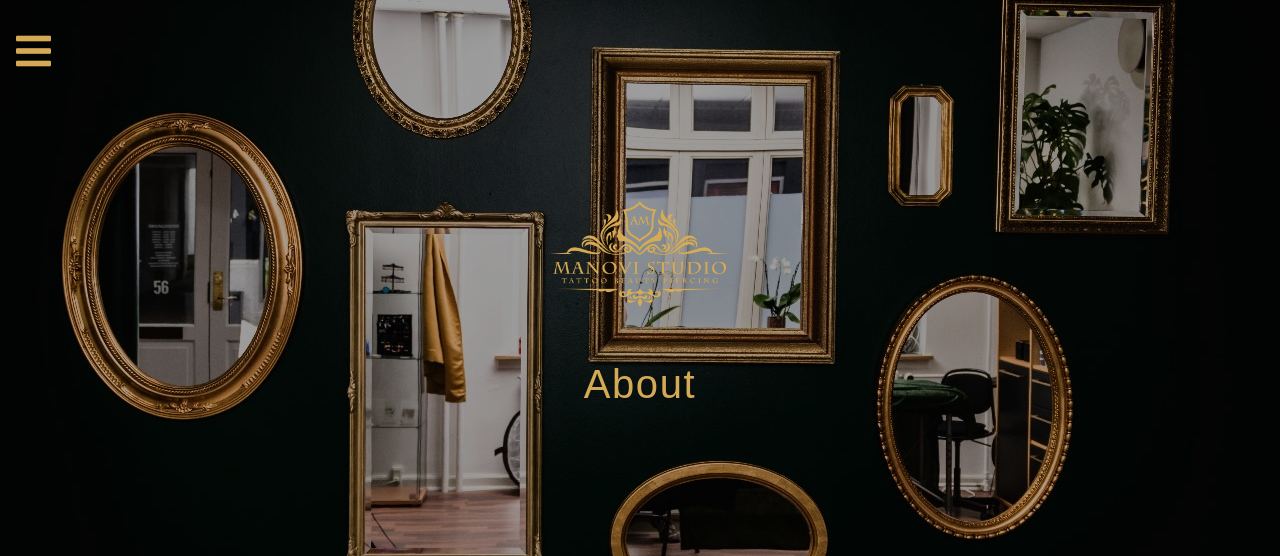
Repository: Spreceriany/TattooWeb
Page: about.html
These files come from the project's save history. The page is drawn as it stood at one moment and after the next save; the edit follows.
The browser window is 1280 px wide. The pictures show the part of the page from y = 0 to 556 px (the page is 1151 px tall).
A picture or video elsewhere on the page could not be fetched, so the positions and the page height are approximate. Some web fonts or font styles are not loaded; a fallback is used. Some web libraries are served in a nearby version.

Above is the page before, as saved 2020-04-10 16:33:26.
Console error: ReferenceError: AOS is not defined

### about.html
<!DOCTYPE html>
<html>

<head>
    <meta charset='utf-8'>
    <meta http-equiv='X-UA-Compatible' content='IE=edge'>
    <title>About</title>
    <meta name='viewport' content='width=device-width, initial-scale=1'>
    <link rel="stylesheet" href="css/main.css" />
    <script src='main.js'></script>
    <link rel="icon" type="image/png" href="/images/favicon-32x32.png" sizes="32x32" />
    <link rel="icon" type="image/png" href="/images/favicon-16x16.png" sizes="16x16" />
    <link rel="stylesheet" href="https://unpkg.com/swiper/css/swiper.css">
    <link rel="stylesheet" href="css/aos.css">
    <link rel="stylesheet" href="https://stackpath.bootstrapcdn.com/bootstrap/4.4.1/css/bootstrap.min.css"
        integrity="sha384-Vkoo8x4CGsO3+Hhxv8T/Q5PaXtkKtu6ug5TOeNV6gBiFeWPGFN9MuhOf23Q9Ifjh" crossorigin="anonymous">
        <link rel="stylesheet" href="https://use.fontawesome.com/releases/v5.11.2/css/all.css">
        <link rel="stylesheet" href="css/aos.css">
        <link rel="stylesheet" href="css/jquery-ui.css">



</head>

<body>
    <div style="overflow-x:hidden; position:relative">

    <button class="netflix-nav-btn netflix-open-btn">
        <i class="fas fa-bars fa-2x"></i>
      </button>



      <div class="netflix-nav netflix-nav-black">
        <div class="netflix-nav netflix-nav-red">
          <div class="netflix-nav netflix-nav-white">

            <button class="netflix-nav-btn netflix-close-btn"><i class="fas fa-times"></i></button>

            <img class="netflix-logo" src="images/GOLD.png" alt="ManoviStudio Logo" />

            <ul class="netflix-list">
              <li><a href="index.php">Home</a></li>
              <li><a href="index.php#about">About</a></li>
              <li><a href="index.php#services">Services</a></li>
              <li>
                <ul>
                  <li><a href="tattoo.html">Tattoo</a></li>
                  <li><a href="beauty.html">Beauty</a></li>
                  <li><a href="piercing.html">Piercing</a></li>

                </ul>
              </li>
              <li><a href="index.php#contact">Contact</a></li>
              <li>
                <a href="piercing-en.html">English</a><img src="/images/america.svg" alt="american-flag"
                  class="flag " />
              </li>

            </ul>
          </div>
        </div>
      </div>


      <div class="container-fluid about-bg align-items-center flex-column d-flex justify-content-center text-center">
        <img src="images/GOLD.png" alt="logo" class="img-fluid">
        <h1 class="gold"> About</h1>
      </div>




    <div class="container-fluid" style="background-color: black;">
        <div class="row">
            <div class="col-lg-7 col-12 order-2 order-lg-1 d-flex">
                <div class="position-relative justify-content-end d-flex">
                  <img src="images/Alex-fotky/Who-I-Am-Removedbg.png" alt="alex-photo" class="img-fluid align-self-end">
                </div>

            </div>
            <div class=" col-12 col-lg-5 text-center order-1 order-lg-2">
                <h2 class="gold pt-5 display-4">Who I am</h2>
                <p class="text-white text-justify pt-3 px-2"> My name is Alex Martanovicova from Slovakia and I’m moving in beauty industry since 2000. I got variety of skills. I’ve worked in Copenhagen doing tattoos.</p>
                <p class="text-white text-justify pt-3 px-2"> Nam tempor auctor nunc, ac dignissim nunc varius vel. Nullam sodales, libero at sagittis iaculis, sapien nisi elementum felis, a blandit tortor nibh a erat. Donec consectetur pretium elit, ut efficitur libero accumsan sed. Sed sed sem efficitur, eleifend enim eu, luctus nibh. vehicula dignissim semper.</p>

            </div>
        </div>
    </div>
    <div class="container-fluid px-0">
        <!--- Footer -->
        <footer class="footer-bs">
          <div class="row">
            <div class="col-md-4 footer-brand animated fadeInLeft d-flex col-12">
              <img src="images/GOLD.png" alt=""
                class=" d-flex justify-content-center align-self-center logo-footer mx-auto" />
            </div>
            <div class="col-12 col-md-4 text-center justify-content-center align-content-center d-flex   ">
              <p class="align-self-center mb-sm-4 gray">All right reserved &copy;</p>
            </div>

            <div
              class="col-md-4 col-12 footer-social animated fadeInDown d-flex flex-column mx-auto text-center justify-content-center align-items-center  ">
              <h4 class="gray">Follow Us</h4>
              <ul class="text-center flex-row d-flex mx-1">
                <li>
                  <a href="https://www.instagram.com/alex_manovi_tattoo/">
                    <i class="fab fa-instagram fa-2x mb-1 ikonka hvr-bob" aria-hidden="true"></i>
                  </a>
                </li>
                <li>
                  <a href="https://www.facebook.com/manovistudio/">
                    <i class="fab fa-facebook fa-2x ikonka hvr-bob" aria-hidden="true"></i>
                  </a>
                </li>
              </ul>
            </div>

          </div>
        </footer>
      </div>
    </div>
</div>

</body>
<script src="js/jquery-3.3.1.min.js"></script>
<script src="js/main.js"></script>
<script src="js/js.js"></script>
<script defer type="text/javascript" src="js/bootstrap.min.js"></script>




</html>

Loaded but not shown: css/aos.css (library); css/jquery-ui.css (library); js/jquery-3.3.1.min.js (library); js/bootstrap.min.js (library); js/main.js (294 lines, source omitted); js/js.js (142 lines, source omitted); css/main.css (1891 lines, source omitted)

After the next save:
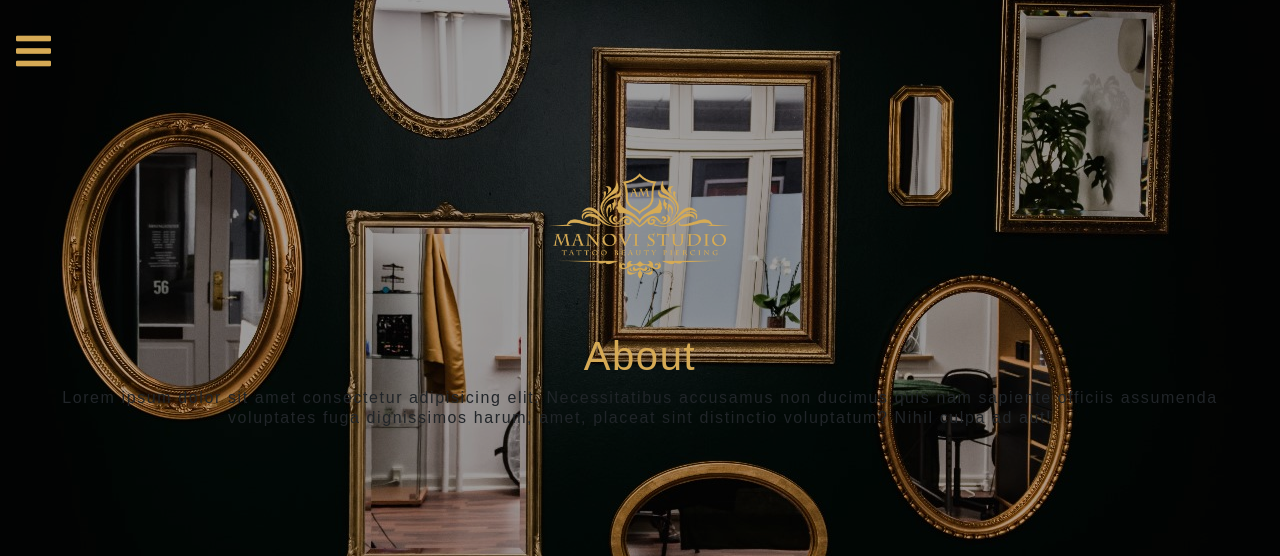
Saved 15 s later.
--- a/about.html
+++ b/about.html
@@ -66,6 +66,7 @@
       <div class="container-fluid about-bg align-items-center flex-column d-flex justify-content-center text-center">
         <img src="images/GOLD.png" alt="logo" class="img-fluid">
         <h1 class="gold"> About</h1>
+        <p>Lorem ipsum dolor sit amet consectetur adipisicing elit. Necessitatibus accusamus non ducimus quis nam sapiente officiis assumenda voluptates fuga dignissimos harum, amet, placeat sint distinctio voluptatum? Nihil culpa ad aut!</p>
       </div>
 
 
